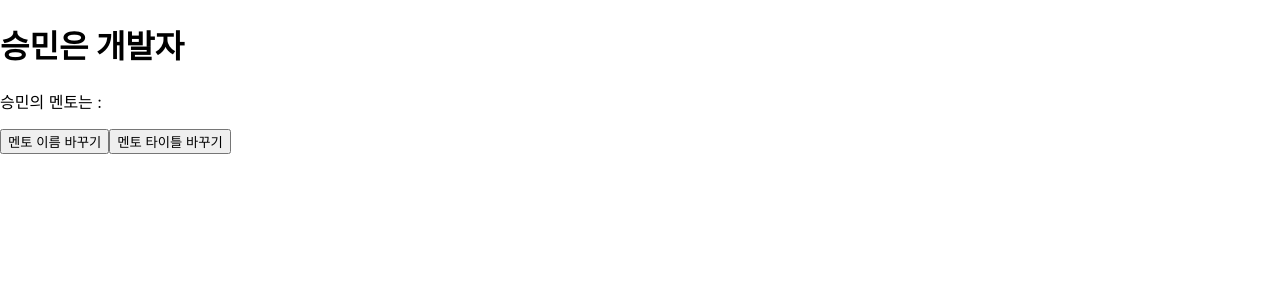
Repository: dnjfht/css-example
Page: /
The author's editor kept a copy of each file at every save. The page is drawn from the files as they stood at one save, then again after the next save.
The browser window is 1280 px wide. The pictures show the whole page.
The project was rebuilt for these pictures with package versions that can differ from the ones it lists, and the page was loaded fresh each time.

Above is the page before, as saved 2023-05-10 09:54:31.

After the next save:
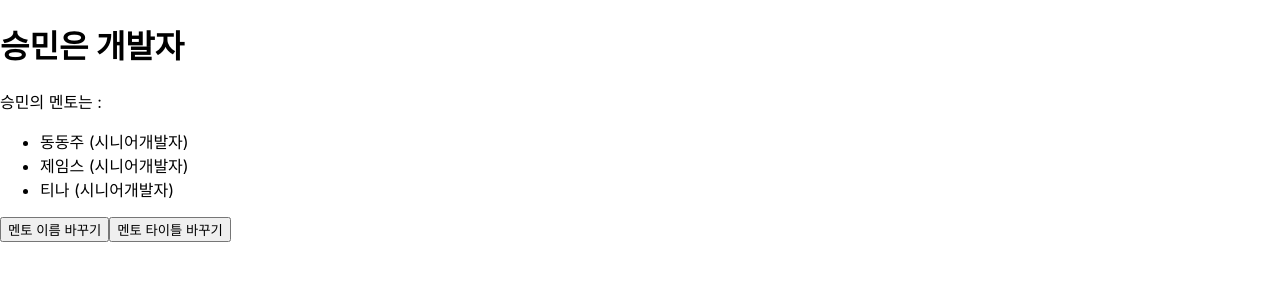
Saved 93 s later.
--- a/src/App.js
+++ b/src/App.js
@@ -55,6 +55,15 @@ export default function App() {
         {person.name}은 {person.title}
       </h1>
       <p>{person.name}의 멘토는 :</p>
+      <ul>
+        {person.mentor.map((p, index) => {
+          return (
+            <li key={index}>
+              {p.name} ({p.title})
+            </li>
+          );
+        })}
+      </ul>
       <button onClick={ClickMentorNameChange}>멘토 이름 바꾸기</button>
       <button onClick={ClickMentorJobChange}>멘토 타이틀 바꾸기</button>
     </div>
